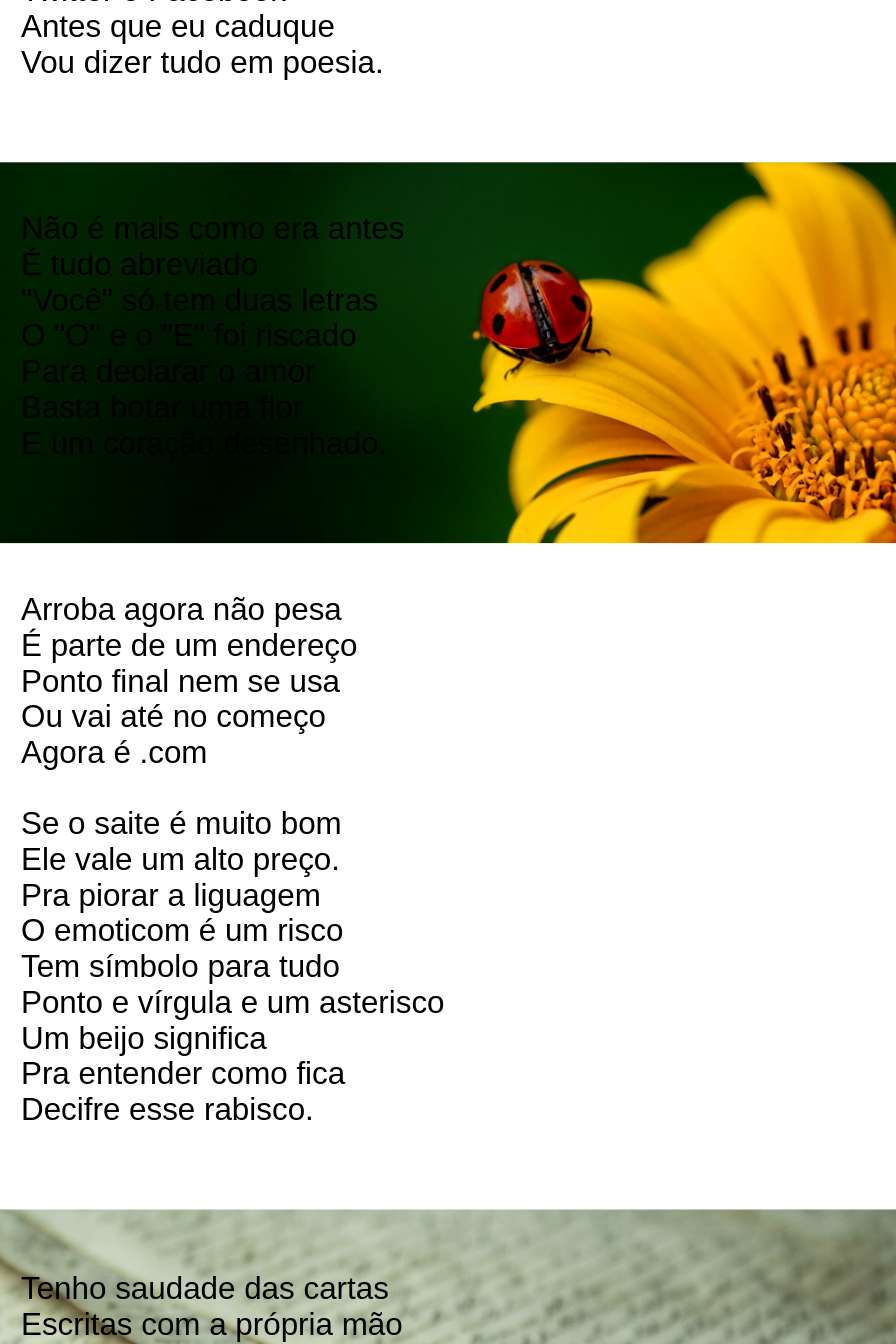
Repository: jorgprado/curso-html-css-Guanabara
Page: exec-pag-cordel/index.html
An editor plug-in stored every save of this project. The page is shown before and after the next save, followed by the edit.
The browser window is 1280 px wide. The pictures show the part of the page from y = 577 to 2497 px (the page is 3837 px tall), at 70% of full size.
Backgrounds fixed to the window are drawn as part of the page. Some web fonts or font styles are not loaded; a fallback is used.

Above is the page before, as saved 2023-05-18 16:53:28.

### exec-pag-cordel/index.html
<!DOCTYPE html>
<html lang="pt-br">
<head>
    <meta charset="UTF-8">
    <meta http-equiv="X-UA-Compatible" content="IE=edge">
    <meta name="viewport" content="width=device-width, initial-scale=1.0">
    <link rel="stylesheet" href="estilos/style.css">
    <title>Cordel Moderno</title>
</head>
<body>
    <header>
        <h1>Cordel Moderno</h1>
        <p>Por <a href="https://www.recantodasletras.com.br/poesias/3186743" target="_blank">Milton Duarte</a></p>
    </header>
    <main>
        <article>

            <div class="box">
                <p>
                    Estou ficando cansado
                    Da tal tecnologia
                    Só se fala por e-mail
                    Mensagem curta e fria
                    Twitter e Facebook
                    Antes que eu caduque
                    Vou dizer tudo em poesia.
                </p>
            </div>

            <div class="box box-img">
                <p class="bg">
                    Não é mais como era antes
                    É tudo abreviado
                    "Você" só tem duas letras
                    O "O" e o "E" foi riscado
                    Para declarar o amor
                    Basta botar uma flor
                    E um coração desenhado.
                </p>
            </div>

            <div class="box">
                <p>
                    Arroba agora não pesa
                    É parte de um endereço
                    Ponto final nem se usa
                    Ou vai até no começo
                    Agora é .com

                    Se o saite é muito bom
                    Ele vale um alto preço.
                    Pra piorar a liguagem
                    O emoticom é um risco
                    Tem símbolo para tudo
                    Ponto e vírgula e um asterisco
                    Um beijo significa
                    Pra entender como fica
                    Decifre esse rabisco.
                </p>
            </div>

            <div class="box box-img1">

                    <p class="bg">
                        Tenho saudade das cartas
                        Escritas com a própria mão
                        Mandava no mês de Junho
                        Só chegava no Verão
                        Mas matava a saudade
                        Era texto de verdade
                        Nas linhas do coração.
                    </p>

            </div>

            <div class="box">
                <p>
                    Agora, escrevo e envio
                    Chegando na mesma hora
                    Mas quando vou prosear
                    A pessoa foi embora
                    Abriu outro aplicativo
                    O mundo ficou cativo
                    Da tecnologia do agora.

                    Felizmente, pra orar
                    Não precisa de internet
                    Deus escuta todo mundo
                    Se quiser, faça esse teste
                    Dois pontos são dois joelhos
                    Seus lábios são aparelhos
                    Deixe que Deus interprete.
                </p>
            </div>
        </article>
    </main>

</body>
</html>

### exec-pag-cordel/estilos/style.css
@import url('https://fonts.googleapis.com/css2?family=Passion+One:wght@700&family=Sriracha&display=swap');

*{
    padding: 0;
    margin: 0;
    font-size: 1em;
}

a{
    text-decoration: none;
    color: white;
    font-weight: bolder;
}



header{
    color: white;
    background-color: black;
    text-align: center;

}

header h1{
    padding-top: 50px;
    color: white;
    font-family: 'Passion One', sans-serif;
    font-variant: small-caps;
    font-size: 10vw;
}


header p{
    color:white;
    font-family: sans-serif;
    padding-bottom: 50px;
}


main article .box{
    white-space: pre-line;
    padding-left: 30px;
    padding-bottom:100px;

}

main article .box p{
    font-family: 'Sriracha', sans-serif;
    font-size: 3.5vw;

}

main article .box-img{
    background-image: url(../imagens/background001.jpg);
    background-attachment: fixed;
    background-position: center right;
    background-size: cover;
}

main article .box-img1{
    background-image: url(../imagens/background002.jpg);
    background-attachment: fixed;
    background-position: center right;
    background-size: cover;
}

main article.bg{
    background-color:blue;
}

After the next save:
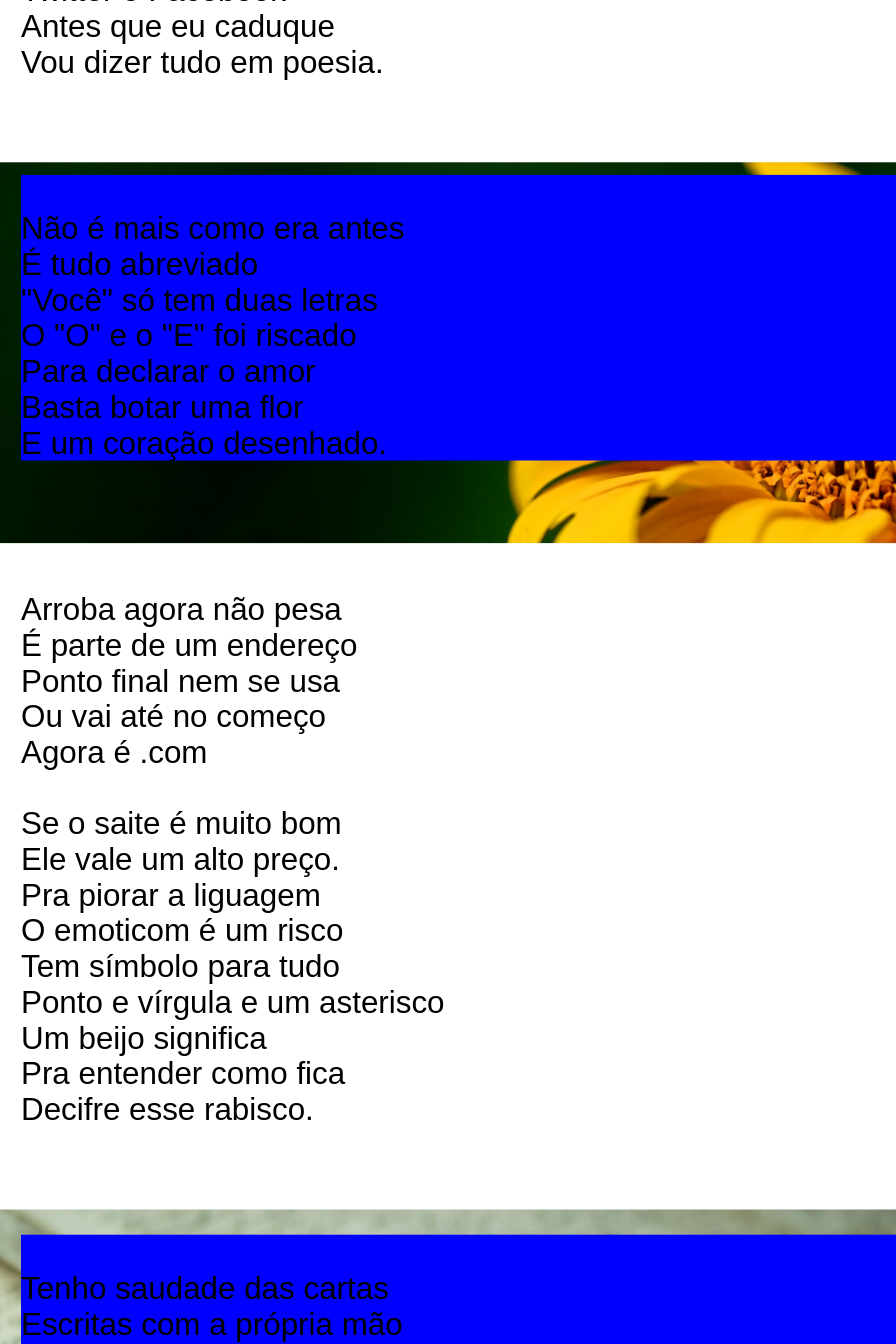
Saved 65 s later.
--- a/exec-pag-cordel/estilos/style.css
+++ b/exec-pag-cordel/estilos/style.css
@@ -64,6 +64,6 @@
     background-size: cover;
 }
 
-main article.bg{
+main article .bg{
     background-color:blue;
 }

After the save that followed:
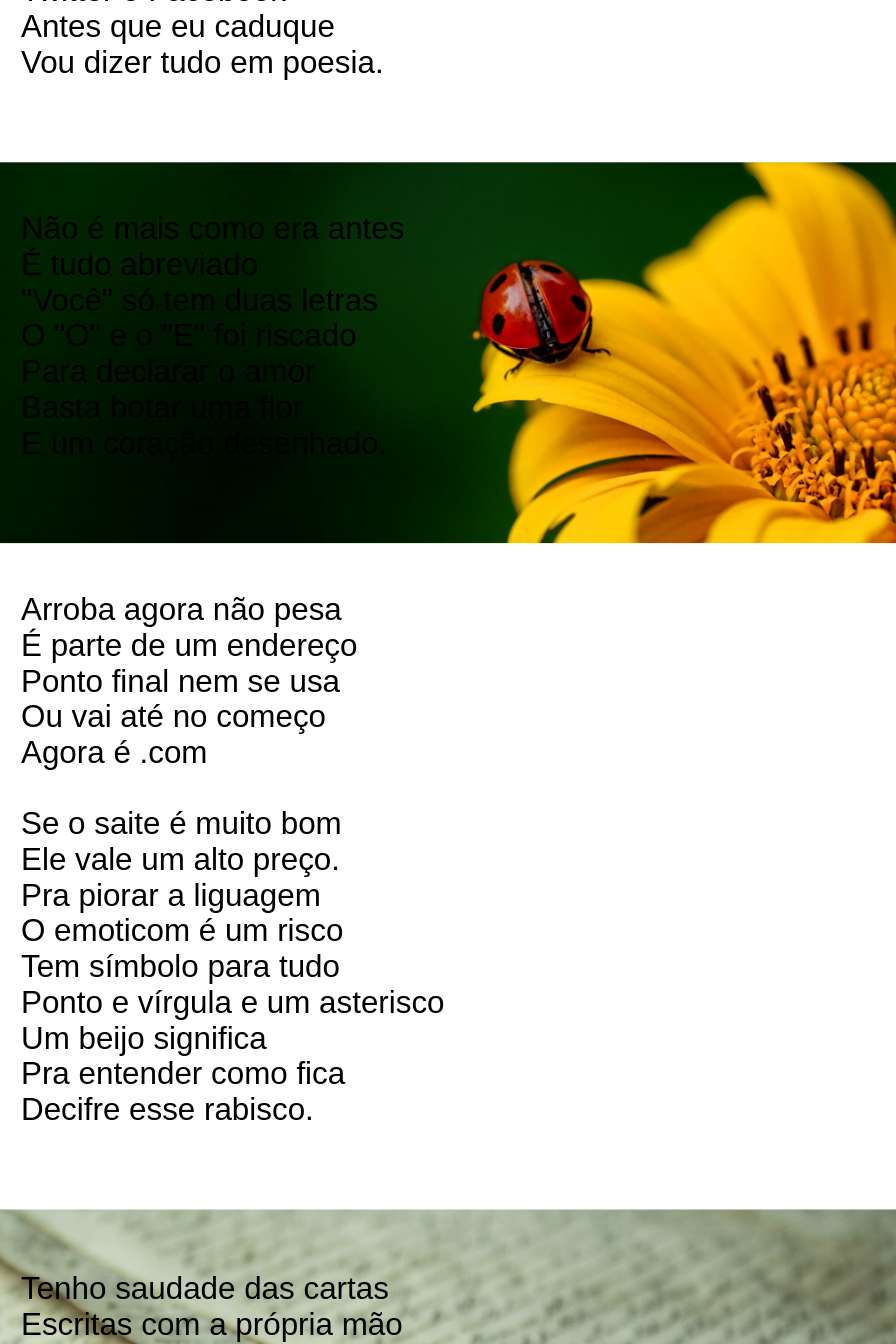
Saved 30 s later.
--- a/exec-pag-cordel/estilos/style.css
+++ b/exec-pag-cordel/estilos/style.css
@@ -65,5 +65,5 @@
 }
 
 main article .bg{
-    background-color:blue;
+    background-color:rgba(red, green, blue, alpha);
 }
